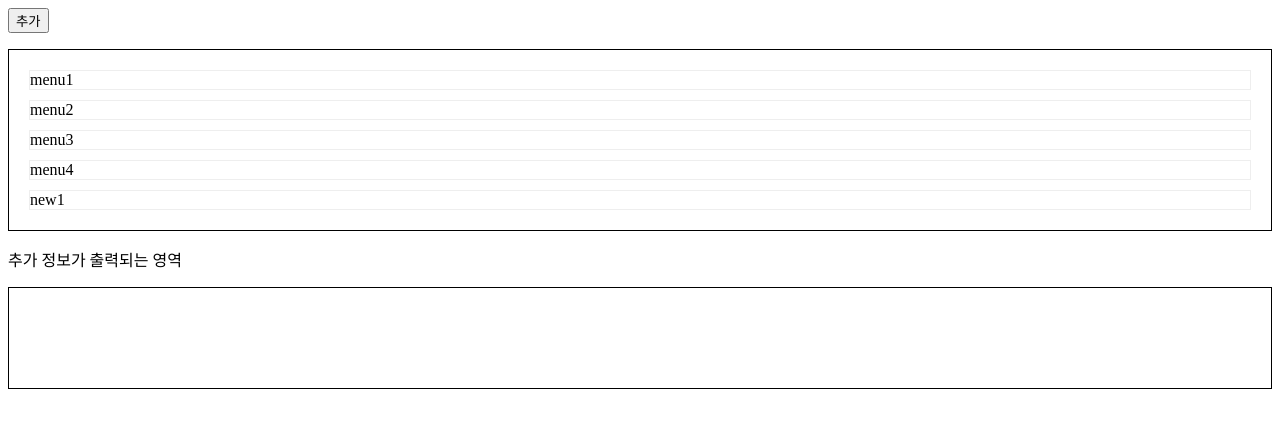
Repository: swc0516s/EZEN-JS
Page: JavaScript Workspace Lecture/JavaScript_jQuery_03/WebContent/Chapter06/6_09.html
An editor plug-in stored every save of this project. The page is shown before and after the next save, followed by the edit.
The browser window is 1280 px wide. The pictures show the whole page.
After loading, the first visible `#add` was clicked once.

Above is the page before, as saved 2022-03-22 05:50:56.

After the next save:
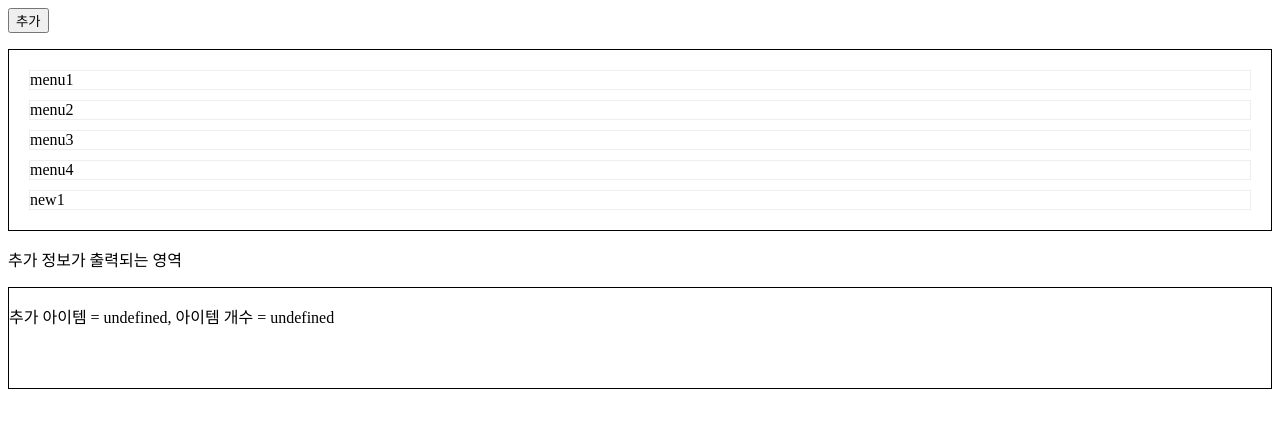
Saved 17 s later.
--- a/JavaScript Workspace Lecture/JavaScript_jQuery_03/WebContent/Chapter06/6_09.html
+++ b/JavaScript Workspace Lecture/JavaScript_jQuery_03/WebContent/Chapter06/6_09.html
@@ -50,7 +50,7 @@ li.select {
 					var event = $.Event("addItem");
 					event.item = newItem;
 					event.itemlength = menu.children().length;
-
+					menu.trigger(event);
 				});
 				menu.on("addItem", function(e) {
 					output.prepend("<p>추가 아이템 = " + e.itemName + ", 아이템 개수 = "
